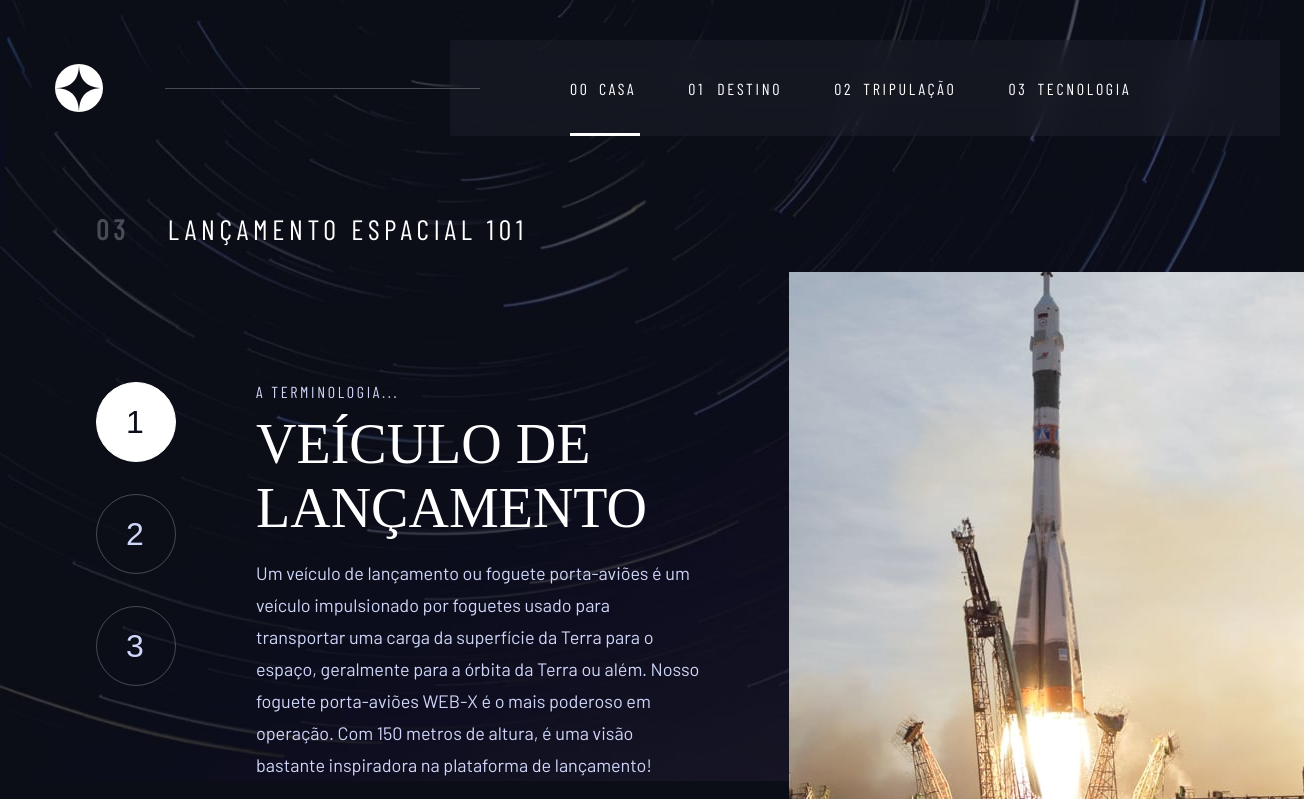
Repository: devbastos/turismo-no-espaco
Page: technology.html
An editor plug-in stored every save of this project. The page is shown before and after the next save, followed by the edit.
The browser window is 1280 px wide. The page is 1304 px wide, so the pictures cover 1304 px, including what lies to the right of the window. The pictures show the whole page.
Some web fonts or font styles are not loaded; a fallback is used.

Above is the page before, as saved 2022-02-03 10:43:43.

### technology.html
<!DOCTYPE html>
<html lang="en">
<head>
  <meta charset="UTF-8">
  <meta name="viewport" content="width=device-width, initial-scale=1.0">
  <link rel="icon" type="image/png" sizes="32x32" href="./images/favicon-32x32.png">
  <title>Frontend Mentor | Space tourism website</title>
  <link rel="preconnect" href="https://fonts.googleapis.com">
  <link rel="preconnect" href="https://fonts.gstatic.com" crossorigin>
  <link href="https://fonts.googleapis.com/css2?family=Barlow&family=Barlow+Condensed&family=Bellefair&display=swap" rel="stylesheet">
  <link rel="stylesheet" href="./css/style.css">
</head>
<body class="page page-tab page-technology">
  <header class="header">
    <div class="logo-holder">
      <a href="./index.html"><img src="./images/shared/logo.svg" alt="Space Tourism"></a>
    </div>
    <div class="header-menu">
      <ul class="header-menu__items">
        <li class="header-menu__item active"><a href="./index.html">Casa</a></li>
        <li class="header-menu__item"><a href="./destination.html">Destino</a></li>
        <li class="header-menu__item"><a href="./crew.html">Tripulação</a></li>
        <li class="header-menu__item"><a href="./technology.html">Tecnologia</a></li>
      </ul>
    </div>
    <button class="hamburger">
      <span></span>
    </button>
  </header>
  <main class="main">
    <div class="title">
      <div class="container">
        <h5><span>03</span> LANÇAMENTO ESPACIAL 101</h5>
      </div>
    </div>
    <div class="tab technology">
      <div class="container">
        <div class="tab-content">
          <div class="tab-controls">
            <a href="#launch" class="tab-controls__item active">1</a>
            <a href="#spaceport" class="tab-controls__item">2</a>
            <a href="#capsule" class="tab-controls__item">3</a>
          </div>
          <div class="tab-content__items">
            <div class="tab-content__item active" tab-anchor="launch">
              <p class="subheading3">A TERMINOLOGIA...</p>
              <h3>VEÍCULO DE LANÇAMENTO</h3>
              <p>Um veículo de lançamento ou foguete porta-aviões é um veículo impulsionado por foguetes usado para transportar uma carga da superfície da Terra para o espaço, geralmente para a órbita da Terra ou além. Nosso foguete porta-aviões WEB-X é o mais poderoso em operação. Com 150 metros de altura, é uma visão bastante inspiradora na plataforma de lançamento!</p>
            </div>
            <div class="tab-content__item" tab-anchor="spaceport">
              <p class="subheading3">A TERMINOLOGIA...</p>
              <h3>ESPAÇO PORTO</h3>
              <p>Um porto espacial ou cosmódromo é um local para lançar (ou receber) naves espaciais, por analogia ao porto marítimo para navios ou aeroporto para aeronaves. Baseado no famoso Cabo Canaveral, nosso espaçoporto está idealmente situado para aproveitar a rotação da Terra para lançamento.</p>
            </div>
            <div class="tab-content__item" tab-anchor="capsule">
              <p class="subheading3">A TERMINOLOGIA...</p>
              <h3>CÁPSULA ESPACIAL</h3>
              <p>Uma cápsula espacial é uma nave espacial frequentemente tripuizada que usa uma cápsula de reentrada de corpo brusco para reentrar na atmosfera da Terra sem asas. Nossa cápsula é onde você vai passar seu tempo durante o voo. Inclui uma academia espacial, cinema e muitas outras atividades para mantê-lo entretido.</p>
            </div>
          </div>
        </div>
        <div class="tab-images">
          <div class="tab-images__item active" tab-anchor="launch">
            <img class="d-lg-only" src="./images/technology/image-launch-vehicle-portrait.jpg" alt="Launch">
            <img src="./images/technology/image-launch-vehicle-landscape.jpg" alt="Launch">
          </div>
          <div class="tab-images__item" tab-anchor="spaceport">
            <img class="d-lg-only" src="./images/technology/image-spaceport-portrait.jpg" alt="Spaceport">
            <img src="./images/technology/image-spaceport-landscape.jpg" alt="Spaceport">
          </div>
          <div class="tab-images__item" tab-anchor="capsule">
            <img class="d-lg-only" src="./images/technology/image-space-capsule-portrait.jpg" alt="Capsule">
            <img src="./images/technology/image-space-capsule-landscape.jpg" alt="Capsule">
          </div>
        </div>
      </div>
    </div>
  </main>
  <script src="https://code.jquery.com/jquery-3.6.0.min.js" integrity="sha256-/xUj+3OJU5yExlq6GSYGSHk7tPXikynS7ogEvDej/m4=" crossorigin="anonymous"></script>
  <script src="./js/script.js"></script>
</body>
</html>

Loaded but not shown: js/script.js (35 lines, source omitted); css/style.css (958 lines, source omitted)

After the next save:
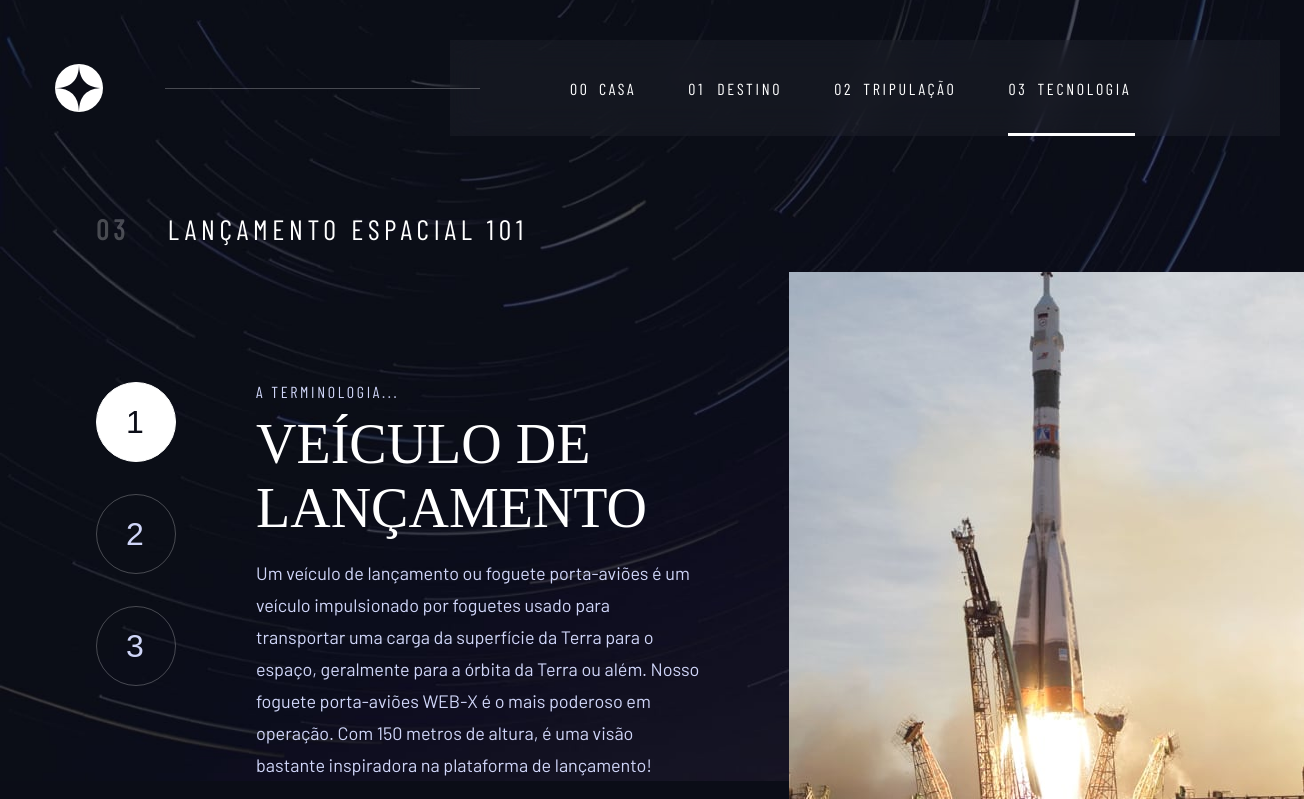
Saved 62 s later.
--- a/technology.html
+++ b/technology.html
@@ -17,10 +17,10 @@
     </div>
     <div class="header-menu">
       <ul class="header-menu__items">
-        <li class="header-menu__item active"><a href="./index.html">Casa</a></li>
+        <li class="header-menu__item "><a href="./index.html">Casa</a></li>
         <li class="header-menu__item"><a href="./destination.html">Destino</a></li>
         <li class="header-menu__item"><a href="./crew.html">Tripulação</a></li>
-        <li class="header-menu__item"><a href="./technology.html">Tecnologia</a></li>
+        <li class="header-menu__item active"><a href="./technology.html">Tecnologia</a></li>
       </ul>
     </div>
     <button class="hamburger">
